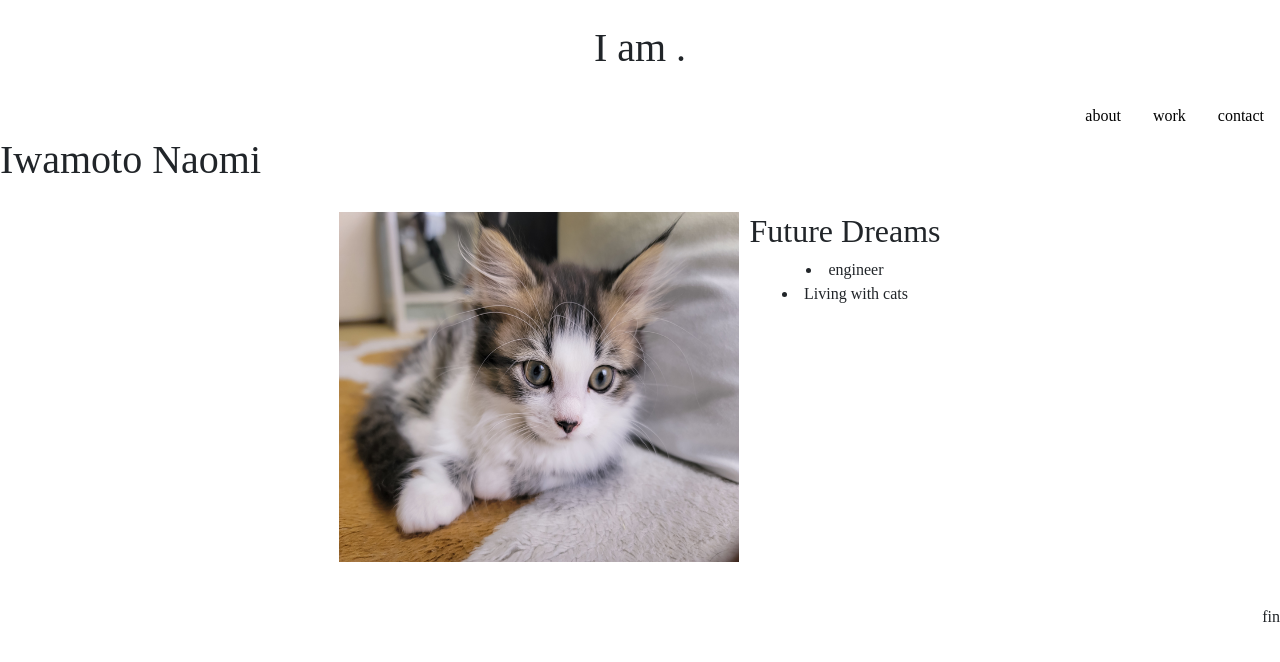
Repository: 7oooomi/portfolio-vercel-
Page: / (app in sample-app/)
The author's editor kept a copy of each file at every save. The page is drawn from the files as they stood at one save, then again after the next save.
The browser window is 1280 px wide. The pictures show the whole page.
The project was rebuilt for these pictures with package versions that can differ from the ones it lists, and the page was loaded fresh each time. The framework's server and built-in components were replaced by stand-ins that run in the browser. Also part of the build but not shown: sample-app/next.config.js.

Above is the page before, as saved 2022-08-07 20:29:27.

After the next save:
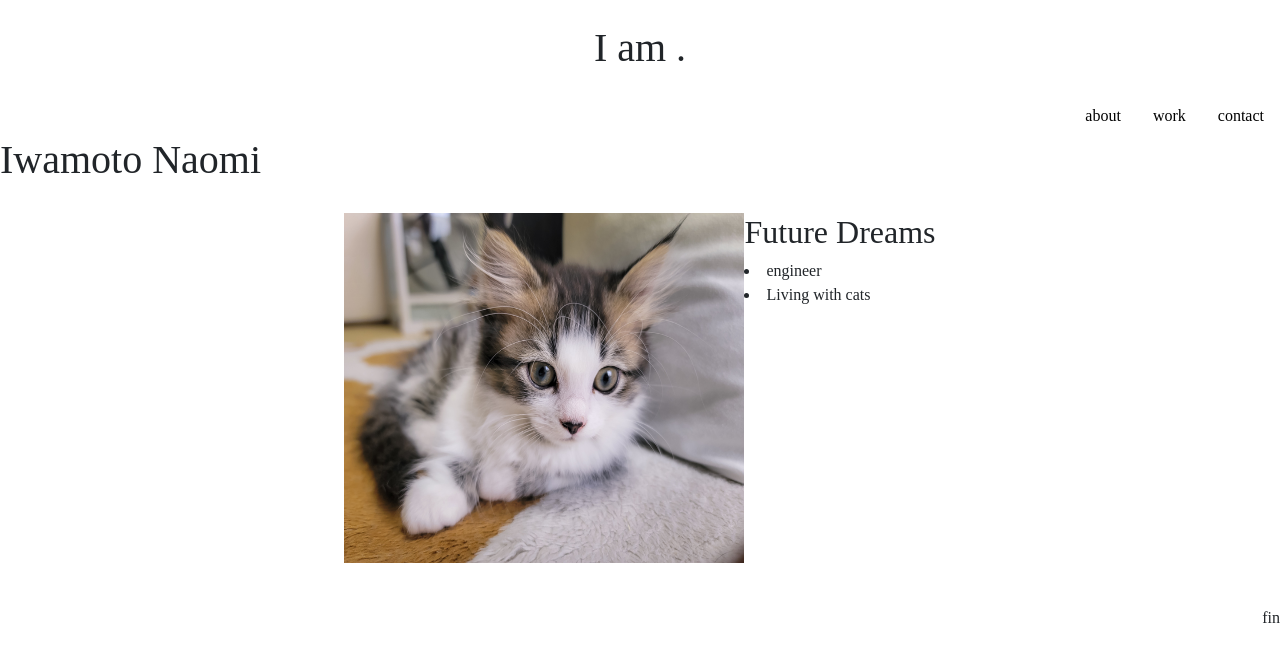
Saved 29 s later.
--- a/sample-app/pages/index.js
+++ b/sample-app/pages/index.js
@@ -6,7 +6,7 @@ export default function MyPage () {
     return (
         <div>
             <h1> Iwamoto Naomi </h1>
-            <div className={styles.title}>
+            <div className={styles.footer}>
                 <p >
                     <Image src='/cat.jpg' width={400} height={350} />
                 </p>
